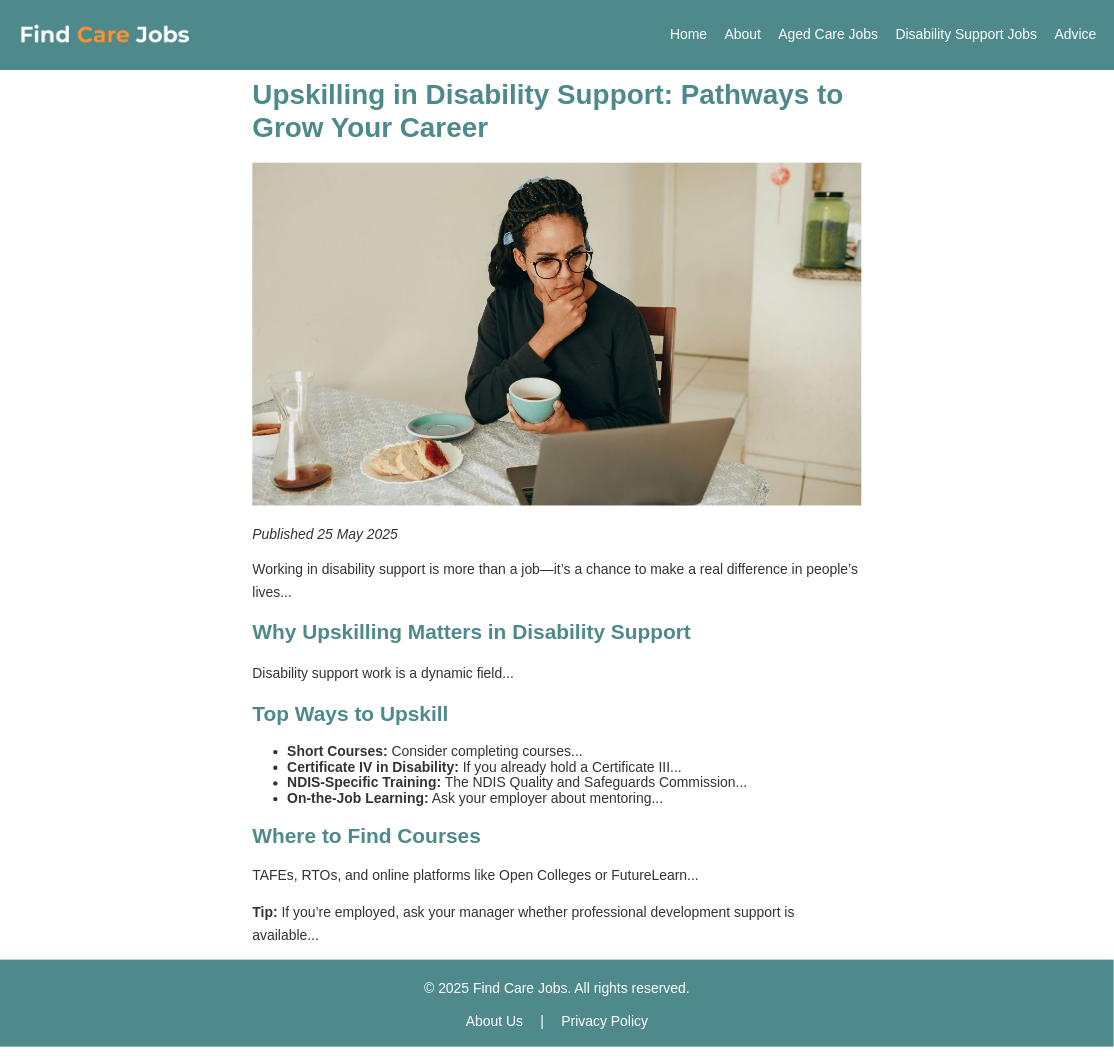
Repository: RichardCareJobs/find-care-jobs
Page: posts/upskilling-in-disability-support-work.html
The author's editor kept a copy of each file at every save. The page is drawn from the files as they stood at one save, then again after the next save.
The browser window is 1280 px wide. The pictures show the whole page, at 87% of full size.

Above is the page before, as saved 2025-05-31 11:20:00.

After the next save:
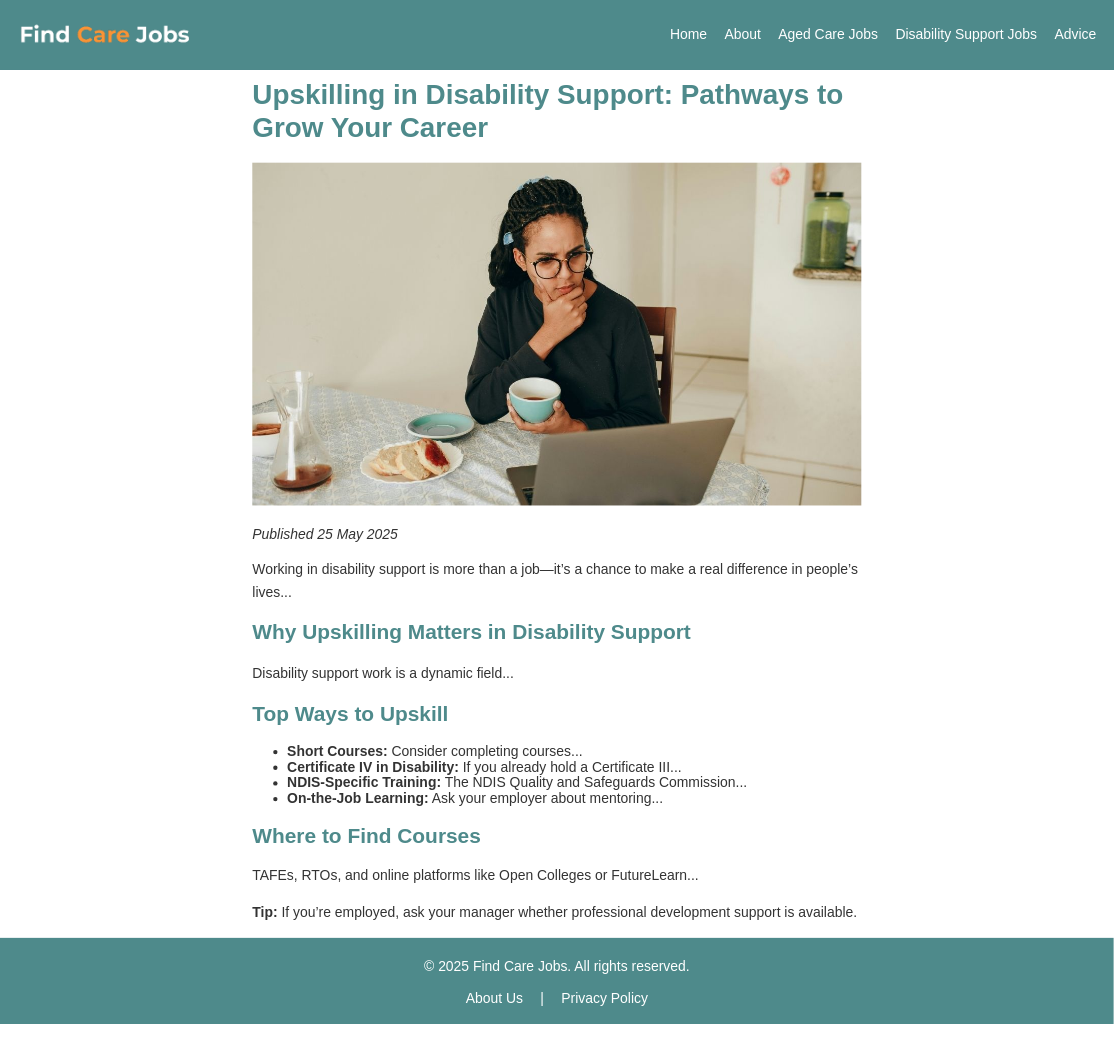
Saved 21 s later.
--- a/posts/upskilling-in-disability-support-work.html
+++ b/posts/upskilling-in-disability-support-work.html
@@ -66,7 +66,7 @@
 
       <h2>Where to Find Courses</h2>
       <p>TAFEs, RTOs, and online platforms like Open Colleges or FutureLearn...</p>
-      <p><strong>Tip:</strong> If you’re employed, ask your manager whether professional development support is available...</p>
+      <p><strong>Tip:</strong> If you’re employed, ask your manager whether professional development support is available.</p>
     </div>
   </main>
 
